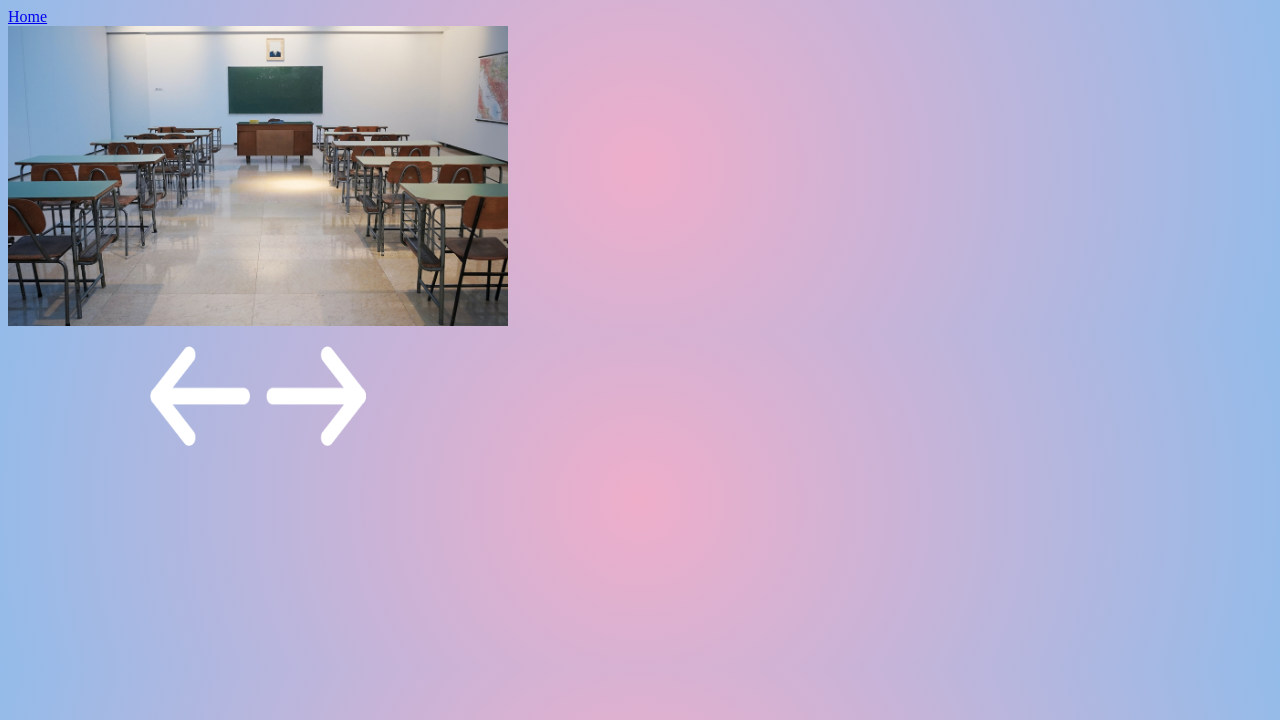
Repository: juliet-jskim/week-8-useEffect-carousel
Page: /carouselPage
The author's editor kept a copy of each file at every save. The page is drawn from the files as they stood at one save, then again after the next save.
The browser window is 1280 px wide. The pictures show the whole page.
The project was rebuilt for these pictures with package versions that can differ from the ones it lists, and the page was loaded fresh each time. The framework's server and built-in components were replaced by stand-ins that run in the browser. Also part of the build but not shown: next.config.js, styles/CarouselPage.module.css.

Above is the page before, as saved 2023-02-20 23:33:38.

After the next save:
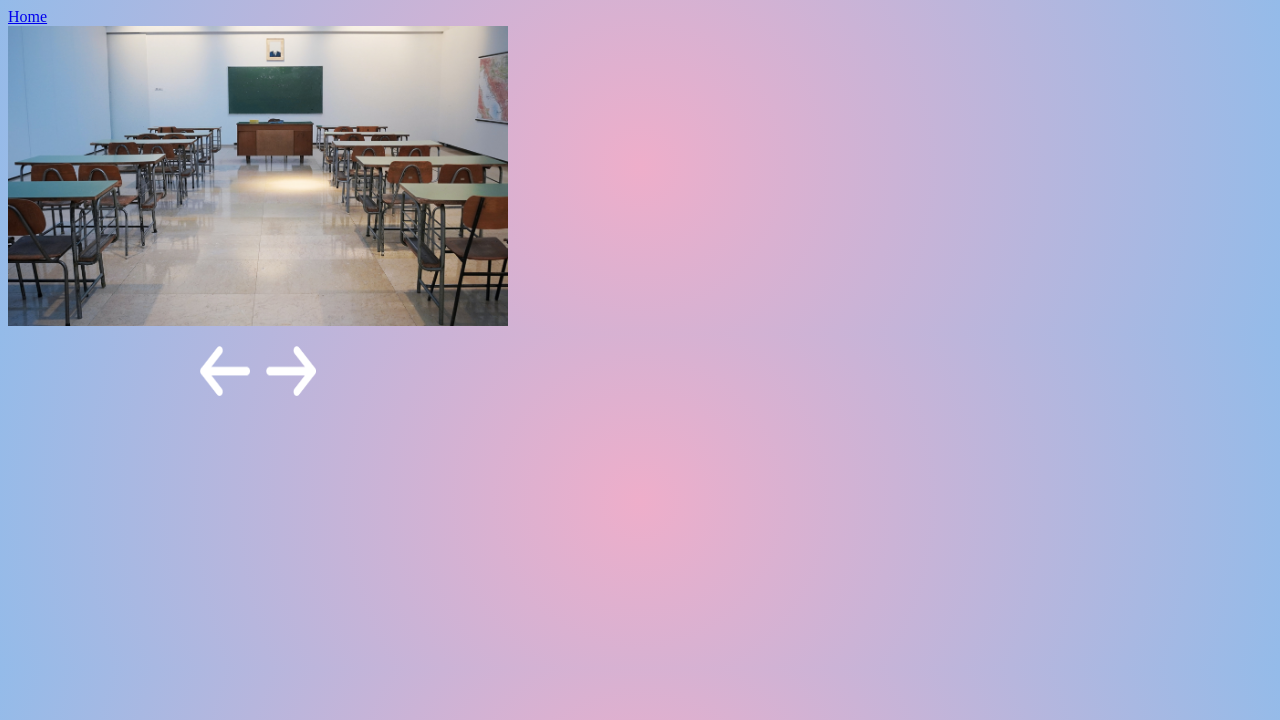
Saved 20 s later.
--- a/components/carousel/index.js
+++ b/components/carousel/index.js
@@ -36,16 +36,16 @@ export default function Carousel() {
             <Image
                 src={"/icons/leftArrow.png"}
                 alt={"/icons/leftArrow.png"}
-                width= {100}
-                height= {100}
+                width= {50}
+                height= {50}
                 onClick={() => changeImage("backward")}
             />
 
             <Image
                 src={"/icons/rightArrow.png"}
                 alt={"/icons/rightArrow.png"}
-                width= {100}
-                height= {100}
+                width= {50}
+                height= {50}
                 onClick={() => changeImage("forward")}
             />
             </div>
